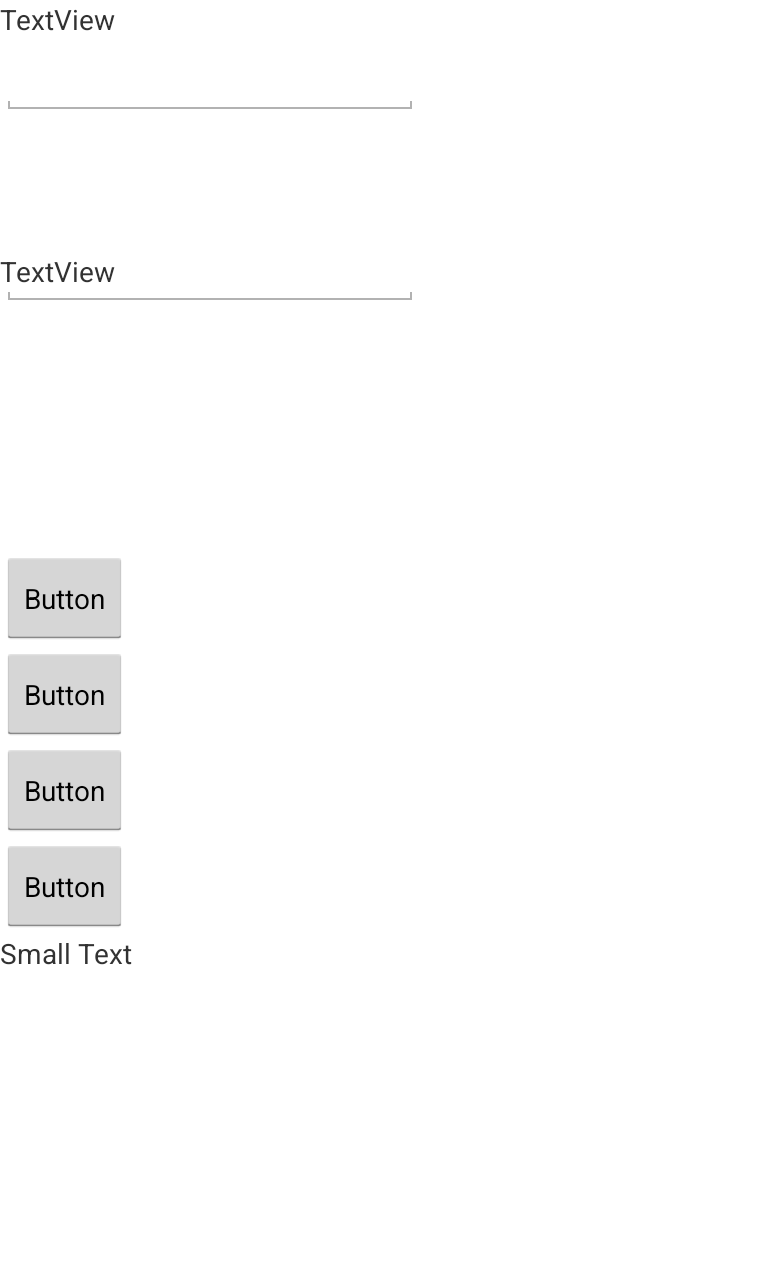
Repository: Rennanxp2/Android_Exercices_done
Layout: Exercícios Android/Ex2/res/layout/activity_calculadora.xml
An editor plug-in stored every save of this project. The layout is shown before and after the next save, followed by the edit.
It is drawn on a 768 x 1280 px phone screen (xhdpi) without system bars, with theme AppTheme; the app's code is not run.

Above is the layout before, as saved 2017-09-09 02:10:04.

### Exercícios Android/Ex2/res/layout/activity_calculadora.xml
<RelativeLayout xmlns:android="http://schemas.android.com/apk/res/android"
    xmlns:tools="http://schemas.android.com/tools"
    android:layout_width="match_parent"
    android:layout_height="match_parent"
    tools:context="${relativePackage}.${activityClass}" >

    <TextView
        android:id="@+id/lblValor1"
        android:layout_width="wrap_content"
        android:layout_height="wrap_content"
        android:layout_alignParentLeft="true"
        android:layout_alignParentTop="true"
        android:text="TextView" />

    <Button
        android:id="@+id/button3"
        style="?android:attr/buttonStyleSmall"
        android:layout_width="wrap_content"
        android:layout_height="wrap_content"
        android:layout_alignParentLeft="true"
        android:layout_below="@+id/editText2"
        android:layout_marginTop="121dp"
        android:text="Button" />

    <Button
        android:id="@+id/button2"
        style="?android:attr/buttonStyleSmall"
        android:layout_width="wrap_content"
        android:layout_height="wrap_content"
        android:layout_alignParentLeft="true"
        android:layout_below="@+id/button3"
        android:text="Button" />

    <Button
        android:id="@+id/button1"
        style="?android:attr/buttonStyleSmall"
        android:layout_width="wrap_content"
        android:layout_height="wrap_content"
        android:layout_alignParentLeft="true"
        android:layout_below="@+id/button2"
        android:text="Button" />

    <Button
        android:id="@+id/button4"
        style="?android:attr/buttonStyleSmall"
        android:layout_width="wrap_content"
        android:layout_height="wrap_content"
        android:layout_alignParentLeft="true"
        android:layout_below="@+id/button1"
        android:text="Button" />

    <TextView
        android:id="@+id/textView3"
        android:layout_width="wrap_content"
        android:layout_height="wrap_content"
        android:layout_alignParentLeft="true"
        android:layout_below="@+id/button4"
        android:text="Small Text"
        android:textAppearance="?android:attr/textAppearanceSmall" />

    <EditText
        android:id="@+id/editText2"
        android:layout_width="wrap_content"
        android:layout_height="wrap_content"
        android:layout_alignParentLeft="true"
        android:layout_below="@+id/editValor1"
        android:layout_marginTop="56dp"
        android:ems="10" />

    <TextView
        android:id="@+id/textView2"
        android:layout_width="wrap_content"
        android:layout_height="wrap_content"
        android:layout_alignBaseline="@+id/editText2"
        android:layout_alignBottom="@+id/editText2"
        android:layout_alignParentLeft="true"
        android:text="TextView" />

    <EditText
        android:id="@+id/editValor1"
        android:layout_width="wrap_content"
        android:layout_height="wrap_content"
        android:layout_alignParentLeft="true"
        android:layout_below="@+id/lblValor1"
        android:ems="10" />

</RelativeLayout>

Loaded but not shown: Exercícios Android/Ex2/res/values/styles.xml (common file); Exercícios Android/Ex2/res/values-v11/styles.xml (common file); Exercícios Android/Ex2/res/values-v14/styles.xml (common file)

After the next save:
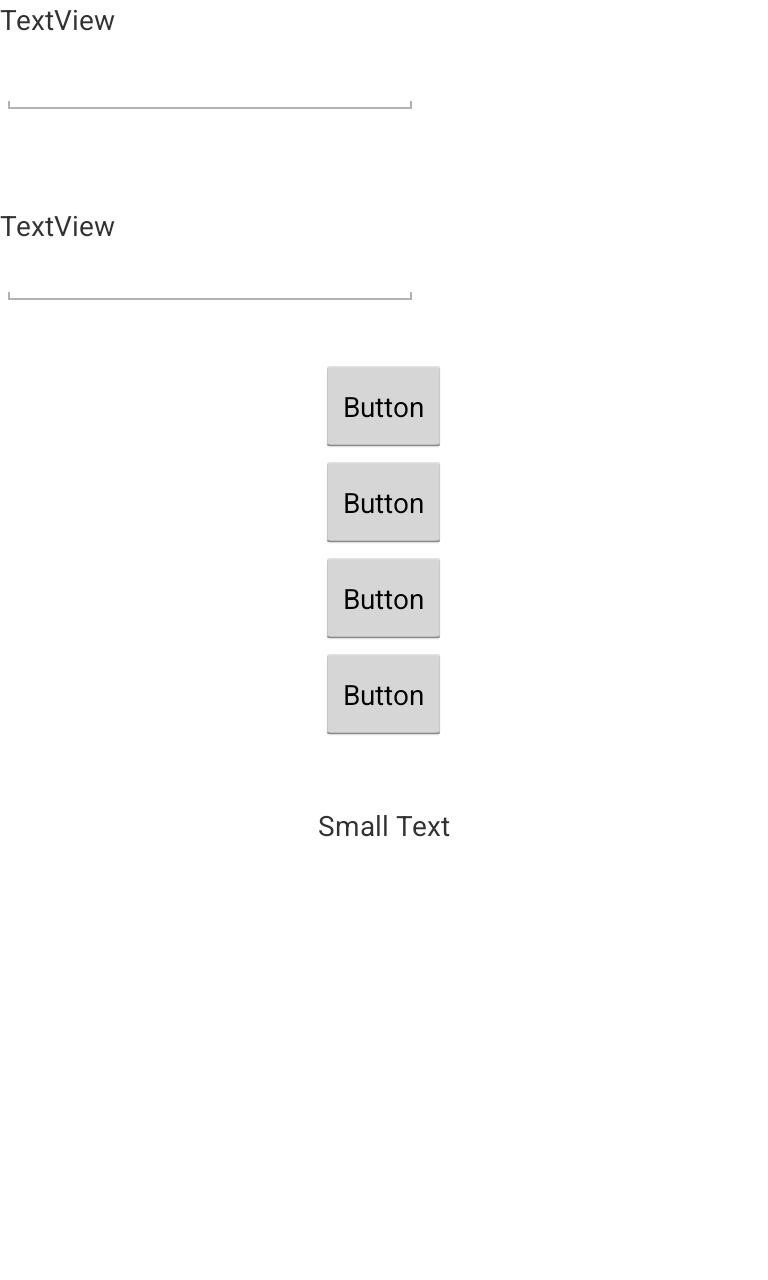
Saved 105 s later.
--- a/Exercícios Android/Ex2/res/layout/activity_calculadora.xml
+++ b/Exercícios Android/Ex2/res/layout/activity_calculadora.xml
@@ -12,52 +12,6 @@
         android:layout_alignParentTop="true"
         android:text="TextView" />
 
-    <Button
-        android:id="@+id/button3"
-        style="?android:attr/buttonStyleSmall"
-        android:layout_width="wrap_content"
-        android:layout_height="wrap_content"
-        android:layout_alignParentLeft="true"
-        android:layout_below="@+id/editText2"
-        android:layout_marginTop="121dp"
-        android:text="Button" />
-
-    <Button
-        android:id="@+id/button2"
-        style="?android:attr/buttonStyleSmall"
-        android:layout_width="wrap_content"
-        android:layout_height="wrap_content"
-        android:layout_alignParentLeft="true"
-        android:layout_below="@+id/button3"
-        android:text="Button" />
-
-    <Button
-        android:id="@+id/button1"
-        style="?android:attr/buttonStyleSmall"
-        android:layout_width="wrap_content"
-        android:layout_height="wrap_content"
-        android:layout_alignParentLeft="true"
-        android:layout_below="@+id/button2"
-        android:text="Button" />
-
-    <Button
-        android:id="@+id/button4"
-        style="?android:attr/buttonStyleSmall"
-        android:layout_width="wrap_content"
-        android:layout_height="wrap_content"
-        android:layout_alignParentLeft="true"
-        android:layout_below="@+id/button1"
-        android:text="Button" />
-
-    <TextView
-        android:id="@+id/textView3"
-        android:layout_width="wrap_content"
-        android:layout_height="wrap_content"
-        android:layout_alignParentLeft="true"
-        android:layout_below="@+id/button4"
-        android:text="Small Text"
-        android:textAppearance="?android:attr/textAppearanceSmall" />
-
     <EditText
         android:id="@+id/editText2"
         android:layout_width="wrap_content"
@@ -67,15 +21,6 @@
         android:layout_marginTop="56dp"
         android:ems="10" />
 
-    <TextView
-        android:id="@+id/textView2"
-        android:layout_width="wrap_content"
-        android:layout_height="wrap_content"
-        android:layout_alignBaseline="@+id/editText2"
-        android:layout_alignBottom="@+id/editText2"
-        android:layout_alignParentLeft="true"
-        android:text="TextView" />
-
     <EditText
         android:id="@+id/editValor1"
         android:layout_width="wrap_content"
@@ -84,4 +29,60 @@
         android:layout_below="@+id/lblValor1"
         android:ems="10" />
 
+    <TextView
+        android:id="@+id/textView2"
+        android:layout_width="wrap_content"
+        android:layout_height="wrap_content"
+        android:layout_alignBottom="@+id/editText2"
+        android:layout_alignParentLeft="true"
+        android:layout_marginBottom="32dp"
+        android:text="TextView" />
+
+    <Button
+        android:id="@+id/button2"
+        style="?android:attr/buttonStyleSmall"
+        android:layout_width="wrap_content"
+        android:layout_height="wrap_content"
+        android:layout_below="@+id/button3"
+        android:layout_centerHorizontal="true"
+        android:text="Button" />
+
+    <Button
+        android:id="@+id/button3"
+        style="?android:attr/buttonStyleSmall"
+        android:layout_width="wrap_content"
+        android:layout_height="wrap_content"
+        android:layout_alignLeft="@+id/button2"
+        android:layout_below="@+id/editText2"
+        android:layout_marginTop="25dp"
+        android:text="Button" />
+
+    <Button
+        android:id="@+id/button1"
+        style="?android:attr/buttonStyleSmall"
+        android:layout_width="wrap_content"
+        android:layout_height="wrap_content"
+        android:layout_alignLeft="@+id/button2"
+        android:layout_below="@+id/button2"
+        android:text="Button" />
+
+    <Button
+        android:id="@+id/button4"
+        style="?android:attr/buttonStyleSmall"
+        android:layout_width="wrap_content"
+        android:layout_height="wrap_content"
+        android:layout_alignLeft="@+id/button1"
+        android:layout_below="@+id/button1"
+        android:text="Button" />
+
+    <TextView
+        android:id="@+id/textView3"
+        android:layout_width="wrap_content"
+        android:layout_height="wrap_content"
+        android:layout_below="@+id/button4"
+        android:layout_centerHorizontal="true"
+        android:layout_marginTop="32dp"
+        android:text="Small Text"
+        android:textAppearance="?android:attr/textAppearanceSmall" />
+
 </RelativeLayout>
